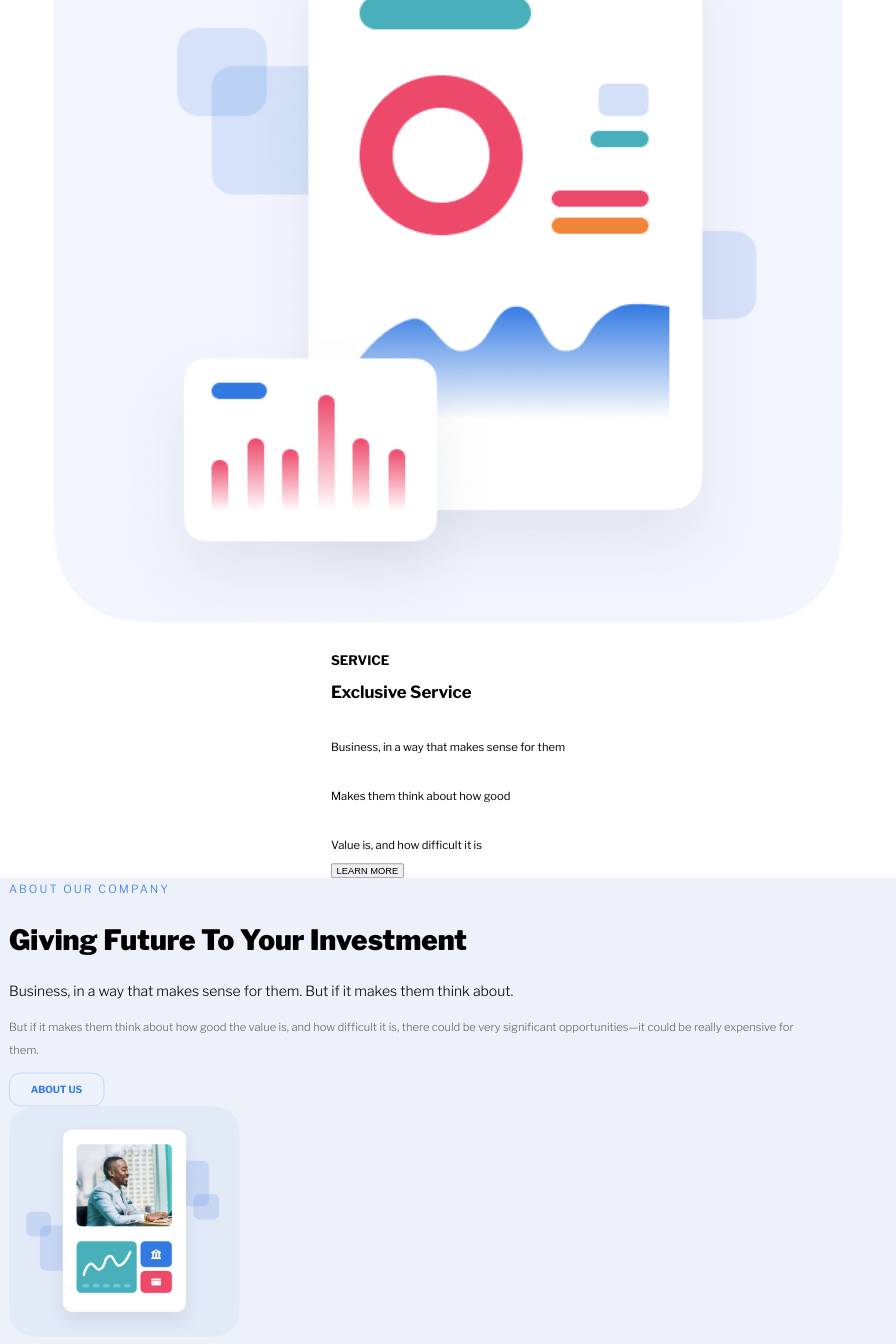
Repository: adryelfelipe/frontend-prova
Page: prova-figma/Prova/index.html
An editor plug-in stored every save of this project. The page is shown before and after a run of saves, followed by the edit.
The browser window is 1280 px wide. The pictures show the part of the page from y = 1899 to 3819 px (the page is 3819 px tall), at 70% of full size.

Above is the page before, as saved 2026-06-22 19:07:01.

After the next 2 saves:
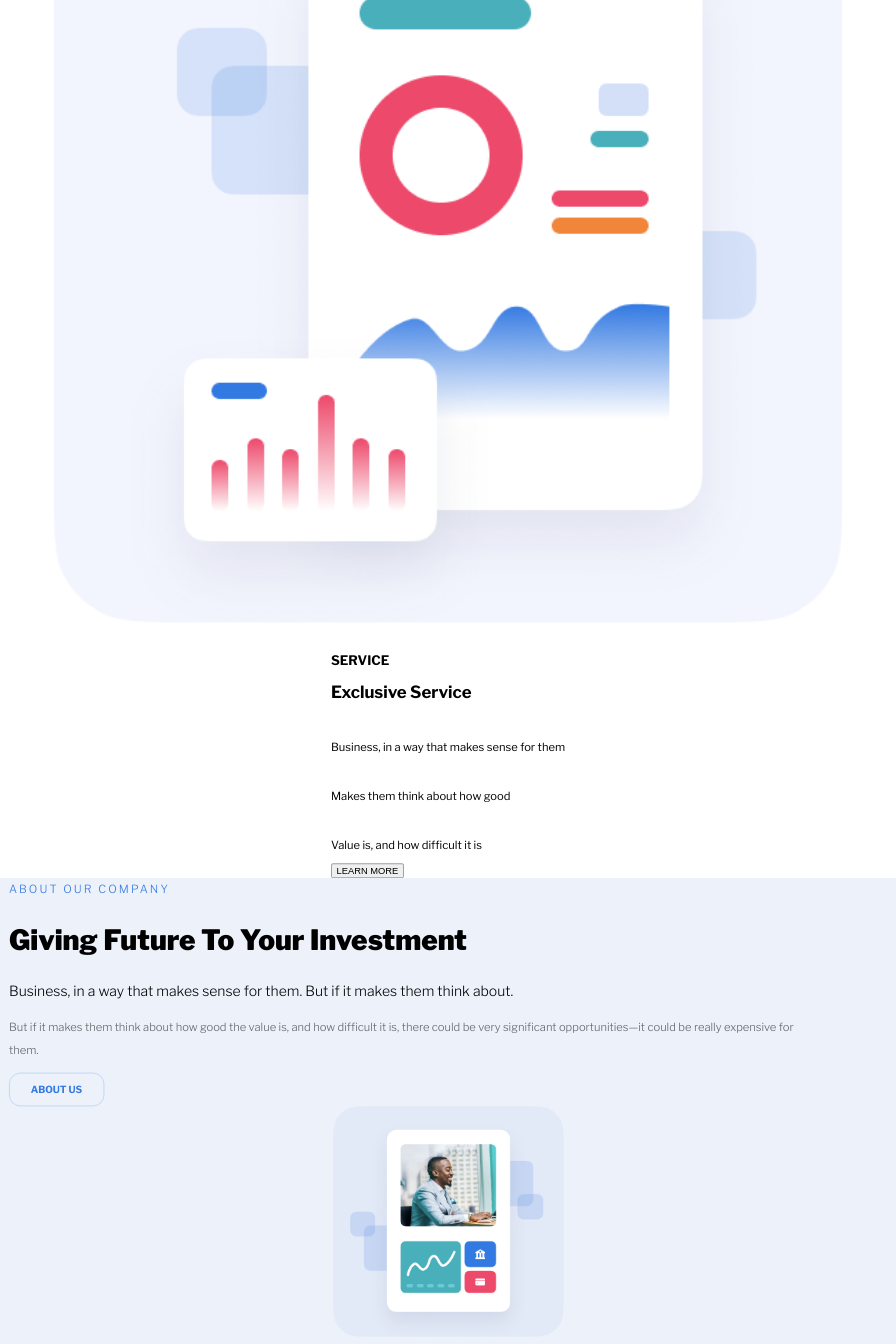
The 2 saves are shown as one change because they came seconds apart.
The last was saved 46 s later.
--- a/prova-figma/Prova/style/style.css
+++ b/prova-figma/Prova/style/style.css
@@ -169,6 +169,10 @@ header h2 {
     background-color: var(--bg-icon-rocket)
 }
 
+.icon-correct {
+    width: ;
+}
+
 /* SECTION OUR COMPANY */
 
 .our-company{
@@ -214,6 +218,5 @@ header h2 {
 }
 
 .company-second-article{
-    width: 98%;
-    justify-self: center;
-}
+    justify-self: center;
+}
